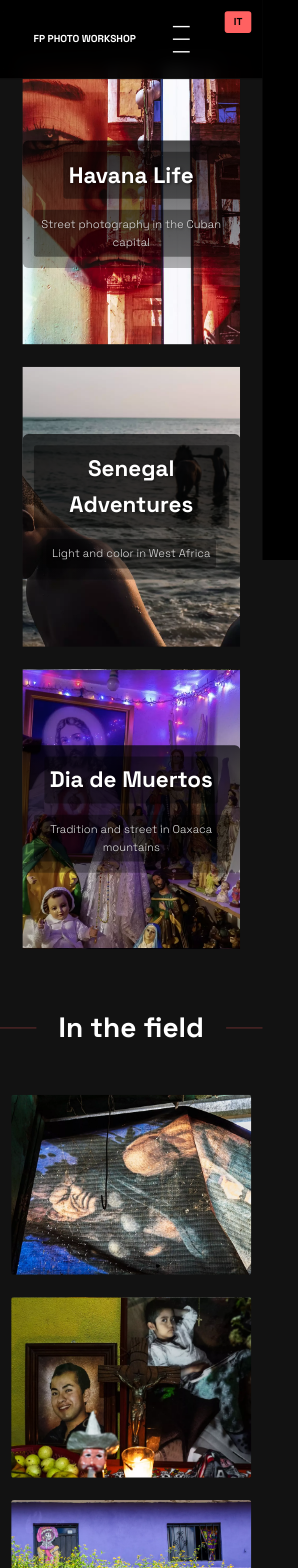
Repository: philipkdpavkia/photo-auto
Page: index.html
The author's editor kept a copy of each file at every save. The page is drawn from the files as they stood at one save, then again after the next save.
The browser window is 375 px wide. The page is 425 px wide, then 375 px, so the pictures cover 425 px, including what lies to the right of the window. The pictures show the part of the page from y = 0 to 2240 px (the page is 4001 px tall before and 4439 px after), at 70% of full size.

Above is the page before, as saved 2024-11-17 00:14:50.
Console error: SyntaxError: Identifier 'currentLang' has already been declared

### index.html
<!DOCTYPE html>
<html lang="en">
 <head>
  <meta charset="utf-8"/>
  <meta content="width=device-width, initial-scale=1.0" name="viewport"/>
  <!-- Primary Meta Tags -->
  <title>Photography Workshops in Cuba, Senegal &amp; Mexico | Street &amp; Travel Photography</title>
  <meta content="Photography Workshops in Cuba, Senegal &amp; Mexico | Street &amp; Travel Photography" name="title"/>
  <meta content="Join immersive photography workshops in Havana, Senegal &amp; Day of the Dead Mexico. Small groups, hands-on street photography, unique locations. Lead by Francesco Pavia." name="description"/>
  <meta content="photography workshop, street photography, cuba photography workshop, senegal photo tour, day of the dead photography, mexico workshop, travel photography, havana street photography, african photography, workshop in cuba" name="keywords"/>
  <!-- Language Alternates -->
  <link href="https://www.fpworkshop.photo" hreflang="en" rel="alternate"/>
  <link href="https://www.fpworkshop.photo/it" hreflang="it" rel="alternate"/>
  <link href="https://www.fpworkshop.photo" hreflang="x-default" rel="alternate"/>
  <!-- Styles -->
  <link href="https://cdnjs.cloudflare.com/ajax/libs/font-awesome/6.0.0/css/all.min.css" media="all" rel="stylesheet"/>
  <link href="/css/style.css" media="screen" rel="stylesheet"/>
  <link as="font" crossorigin="" href="/fonts/SpaceGrotesk-Bold.woff2" rel="preload"/>
  <link as="font" crossorigin="" href="/fonts/SpaceGrotesk-Light.woff2" rel="preload"/>
 </head>
 <body>
  <header class="header">
   <nav class="nav">
    <a class="logo" href="#">FP PHOTO WORKSHOP</a>
    <button aria-label="Menu" class="hamburger">
     <span></span>
     <span></span>
     <span></span>
    </button>
    <button class="lang-switch" id="langSwitch" onclick="switchLanguage()">IT</button>
    <div class="nav-links">
     <a href="#gallery">Gallery</a>
     <a href="/workshop/index.html">Workshops</a>
     <a href="#about">About</a>
     <a href="#contact">Contact</a>
     <a href="/faq.html">FAQ</a>
     <a class="instagram-link" href="https://instagram.com/fpphotoworkshop" rel="noopener" target="_blank">
      <i class="fab fa-instagram"></i>
     </a>
    </div>
   </nav>
  </header>

  <main>
   <!-- Hero Section -->
   <section class="hero">
    <a class="workshop-link" href="/workshop/cuba.html">
        <img alt="Street Photography in Havana - Documentary workshop in Cuba" src="/images/cuba/cub-3.webp"/>
        <div class="workshop-text">
         <h2>Life in Havana</h2>
         <p>Street photography in Cuba's capital</p>
        </div>
    </a>
    <a class="workshop-link" href="/workshop/senegal.html">
        <img alt="Photography Workshop in Senegal - Documentary and culture" src="/images/senegal/sen-5.webp"/>
        <div class="workshop-text">
         <h2>Senegal Adventures</h2>
         <p>Light and color in West Africa</p>
        </div>
    </a>
    <a class="workshop-link" href="/workshop/mexico.html">
        <img alt="Day of the Dead Photography Workshop - Mexican traditions" src="/images/mexico/mex-24.webp"/>
        <div class="workshop-text">
         <h2>Dia de Muertos</h2>
         <p>Tradition and street in Oaxaca mountains</p>
        </div>
    </a>
   </section>

   <!-- Gallery Section -->
   <section id="gallery" class="section-separator">
    <div class="separator">
     <span class="line"></span>
     <h2 class="section-title">Gallery</h2>
     <span class="line"></span>
    </div>
    <div class="gallery">
     <div class="gallery-item">
      <img alt="Gallery Image - blog-132.webp" src="/images/blog-132.webp"/>
     </div>
     <div class="gallery-item">
      <img alt="Gallery Image - blog-118.webp" src="/images/blog-118.webp"/>
     </div>
     <div class="gallery-item">
      <img alt="Gallery Image - blog-85.webp" src="/images/blog-85.webp"/>
     </div>
    </div>
   </section>

   <!-- About Section -->
   <section id="about" class="section-separator">
    <div class="separator">
     <span class="line"></span>
     <h2 class="section-title">No Theory, Just Practice</h2>
     <span class="line"></span>
    </div>
    <div class="about">
      <p>Forget endless theoretical lessons. Here we go out, we walk, we chase the light, we wait for the right moment. Photography is about practice, patience, and movement. No need to talk about it for hours: we need to do it.</p>
      <p>My workshops are designed for those who want to get their hands dirty with real photography. No frills, no complicated speeches. Just you, your camera, and unique locations where you can challenge yourself.</p>
      <p>I like working with small, motivated groups, with people willing to wake up at dawn, walk all day, return to the same spot multiple times until the shot is right. Photography is physical work, as well as mental.</p>
      <div class="philosophy">
       <h3>How We Work</h3>
       <ul>
        <li>Only field practice, from dawn to dusk</li>
        <li>Small groups for maximum attention</li>
        <li>Daily photo reviews</li>
        <li>Total immersion in location</li>
       </ul>
      </div>
    </div>
   </section>

   <!-- Contact Section -->
   <section id="contact" class="section-separator">
    <div class="separator">
     <span class="line"></span>
     <h2 class="section-title">Contact</h2>
     <span class="line"></span>
    </div>
    <div class="contact">
      <div class="contact-section">
       <h3>Workshops</h3>
       <p>For workshop information and bookings:</p>
       <a href="mailto:francescopaviaphotoworkshop@gmail.com">francescopaviaphotoworkshop@gmail.com</a>
      </div>
      <div class="contact-section">
       <h3>Photography Work</h3>
       <p>For projects and collaborations:</p>
       <a href="mailto:info@francescopavia.org">info@francescopavia.org</a>
      </div>
      <div class="contact-section">
       <h3>Phone</h3>
       <p>Call or WhatsApp:</p>
       <a href="tel:+393514010919">+39 351 401 0919</a>
      </div>
    </div>
   </section>
  </main>

  <!-- Structured Data -->
  <script type="application/ld+json">
   {
      "@context": "https://schema.org",
      "@type": "ProfessionalService",
      "name": "Street Photography Workshops by Francesco Pavia",
      "image": [
        "https://www.fpworkshop.photo/images/cuba/cub-20.webp",
        "https://www.fpworkshop.photo/images/senegal/sen-9.webp",
        "https://www.fpworkshop.photo/images/mexico/mex-8.webp"
      ],
      "description": "Immersive photography workshops focusing on street and documentary photography in Cuba, Senegal, and Mexico.",
      "@type": "Product",
      "offers": [
        {
          "@type": "Offer",
          "name": "Havana Street Life Workshop",
          "description": "Street photography workshop in Cuba's vibrant capital"
        },
        {
          "@type": "Offer",
          "name": "Senegal Photography Adventure",
          "description": "Documentary photography in West Africa"
        },
        {
          "@type": "Offer",
          "name": "Day of the Dead Mexico Workshop",
          "description": "Cultural photography in Oaxaca mountains"
        }
      ],
      "url": "https://www.fpworkshop.photo",
      "telephone": "+393514010919",
      "sameAs": [
        "https://instagram.com/fpphotoworkshop"
      ]
    }
  </script>

  <!-- Scripts -->
  <script src="/language.js"></script>
  <script defer src="/script.js"></script>
  <script src="/translations.json" type="application/json"></script>
  <script src="/language.js"></script>
 </body>
</html>

### css/style.css
@font-face {
    font-family: 'Space Grotesk';
    src: url('/fonts/SpaceGrotesk-Light.woff2') format('woff2');
    font-weight: 300;
    font-display: swap;
}

@font-face {
    font-family: 'Space Grotesk';
    src: url('/fonts/SpaceGrotesk-Bold.woff2') format('woff2');
    font-weight: 700;
    font-display: swap;
}

:root {
    --primary: #FFFFFF;
    --background: #121212;
    --accent: #FF6161;
    --secondary: #E0E0E0;
    --highlight: #FFD700;
    --transition: all 0.4s ease;
    --overlay-bg: rgba(0, 0, 0, 0.4);
    --hover-bg: rgba(0, 0, 0, 0.6);
}

html {
    scroll-behavior: smooth;
}

* {
    margin: 0;
    padding: 0;
    box-sizing: border-box;
}

body {
    background: var(--background);
    color: var(--primary);
    font-family: 'Space Grotesk', sans-serif;
    line-height: 1.6;
    overflow-x: hidden;
}

/* Header e navigazione */
.header {
    position: fixed;
    top: 0;
    left: 0;
    right: 0;
    padding: 1rem 2rem;
    background: rgba(0, 0, 0, 0.95);
    backdrop-filter: blur(10px);
    -webkit-backdrop-filter: blur(10px);
    z-index: 1000;
    border-bottom: 1px solid rgba(255, 255, 255, 0.1);
}

.nav {
    display: flex;
    justify-content: space-between;
    align-items: center;
    max-width: 1400px;
    margin: 0 auto;
}

.logo {
    font-weight: 700;
    font-size: 1.2rem;
    color: var(--primary);
    text-decoration: none;
    transition: var(--transition);
}

.logo:hover {
    color: var(--accent);
}

.nav-links {
    display: flex;
    gap: 2.5rem;
}

.nav-links a {
    color: var(--primary);
    text-decoration: none;
    font-size: 1rem;
    text-transform: uppercase;
    transition: var(--transition);
    padding: 0.5rem 1rem;
    border-radius: 4px;
}

.nav-links a:hover {
    color: var(--accent);
    background: rgba(255, 51, 102, 0.1);
    transform: scale(1.05);
    transition: transform 0.3s ease-in-out;
}
/* Hamburger Menu */
.hamburger {
    display: none;
    cursor: pointer;
    padding: 0.5rem;
    background: none;
    border: none;
    z-index: 1002;
}

.hamburger span {
    display: block;
    width: 25px;
    height: 2px;
    background-color: var(--primary);
    margin: 5px 0;
    transition: var(--transition);
}

/* Modifica la media query mobile esistente */
@media screen and (max-width: 720px) {
    .hamburger {
        display: block;
    }

    .nav-links {
        position: fixed;
        top: 0;
        right: -100%;
        height: 100vh;
        width: 100%;
        background: rgba(0, 0, 0, 0.95);
        backdrop-filter: blur(10px);
        -webkit-backdrop-filter: blur(10px);
        flex-direction: column;
        justify-content: center;
        align-items: center;
        gap: 2rem;
        transition: var(--transition);
        z-index: 1001;
    }

    .nav-links.active {
        right: 0;
    }

    .hamburger.active span:nth-child(1) {
        transform: rotate(45deg) translate(5px, 5px);
    }

    .hamburger.active span:nth-child(2) {
        opacity: 0;
    }

    .hamburger.active span:nth-child(3) {
        transform: rotate(-45deg) translate(7px, -6px);
    }

    body.menu-open {
        overflow: hidden;
    }
}

.instagram-link {
    color: var(--primary);
    font-size: 1.5rem;
    transition: var(--transition);
}

.instagram-link:hover {
    color: var(--accent);
    transform: scale(1.1);
}

/* Language Switcher */
.lang-switch {
    position: fixed;
    top: 1rem;
    right: 1rem;
    background: var(--accent);
    color: var(--primary);
    border: none;
    padding: 0.5rem 1rem;
    border-radius: 4px;
    cursor: pointer;
    font-family: 'Space Grotesk', sans-serif;
    font-weight: 700;
    z-index: 1001;
    transition: var(--transition);
    color:#000000;
}

.lang-switch:hover {
    transform: translateY(-2px);
    box-shadow: 0 2px 8px rgba(255, 51, 102, 0.4);
    background: #ff1f57;
}

/* Hero Section */
.hero {
    margin-top: 60px;
    display: flex;
    flex-direction: column;
    gap: 2rem;
    padding: 2rem;
}

.workshop-link {
    display: block;
    position: relative;
    width: 100%;
    height: 80vh;
    overflow: hidden;
    transition: var(--transition);
}

.workshop-link:hover img {
    transform: scale(1.05);
}

.workshop-link img {
    width: 100%;
    height: 100%;
    object-fit: cover;
    transition: transform 0.6s ease-in-out;
}

.workshop-text {
    position: absolute;
    top: 50%;
    left: 50%;
    transform: translate(-50%, -50%);
    text-align: center;
    z-index: 2;
    width: 100%;
    padding: 1rem;
    display: flex;
    flex-direction: column;
    gap: 1rem;
    align-items: center;
    background: linear-gradient(180deg, rgba(0, 0, 0, 0.7), rgba(0, 0, 0, 0.3));
    border-radius: 8px;
}

.workshop-text h2 {
    font-size: 4rem;
    color: var(--primary);
    font-weight: 700;
    background: var(--overlay-bg);
    text-shadow: 2px 2px 4px rgba(0, 0, 0, 0.5);
    padding: 0.5rem;
    border-radius: 4px;
    width: fit-content;
    transition: var(--transition);
}

.workshop-link:hover .workshop-text h2 {
    background: var(--hover-bg);
    transform: translateY(-5px);
}

.workshop-text p {
    font-size: 1.5rem;
    color: var(--secondary);
    text-shadow: 1px 1px 3px rgba(0, 0, 0, 0.5);
    background: var(--overlay-bg);
    padding: 0.5rem;
    border-radius: 4px;
    width: fit-content;
    transition: var(--transition);
}

.workshop-link:hover .workshop-text p {
    background: var(--hover-bg);
    transform: translateY(5px);
}

/* Section Titles */
.section-separator {
    padding-top: 8rem; /* Spazio per l'ancoraggio sotto l'header fisso */
    margin-top: 2rem;
}

.separator {
    display: flex;
    align-items: center;
    justify-content: center;
    gap: 2rem;
    margin-bottom: 4rem;
}

.separator .line {
    height: 1px;
    width: 100px;
    background: var(--accent);
    opacity: 0.5;
}

.separator .section-title {
    margin: 0;
    padding: 0;
    white-space: nowrap;
}
#gallery {
    padding-top: 8rem;
}

/* Offset per l'ancoraggio smooth */
html {
    scroll-padding-top: 100px; /* Aggiusta questo valore in base all'altezza del tuo header */
}

/* Gallery */
.gallery {
    display: grid;
    grid-template-columns: repeat(auto-fit, minmax(300px, 1fr));
    gap: 2rem;
    padding: 0 1rem;
}

.gallery-item {
    aspect-ratio: 4/3;
    overflow: hidden;
    border-radius: 4px;
    transition: var(--transition);
}

.gallery-item:hover {
    transform: translateY(-5px);
    box-shadow: 0 5px 15px rgba(0, 0, 0, 0.3);
}

.gallery-item img {
    width: 100%;
    height: 100%;
    object-fit: cover;
    transition: transform 0.6s ease-in-out;
}

.gallery-item:hover img {
    transform: scale(1.1);
}

/* About Section */
.about {
    padding: 8rem 4rem 2rem;
    max-width: 1200px;
    margin: 0 auto;
}

.about h2 {
    font-size: 2rem;
    font-weight: normal;
    margin-bottom: 2rem;
    text-transform: uppercase;
    color: var(--accent);
}

.about p {
    font-size: 1rem;
    max-width: 800px;
    margin-bottom: 1rem;
    line-height: 1.8;
}

/* Philosophy Section */
.philosophy {
    margin-top: 3rem;
    padding: 2rem;
    background: rgba(255, 255, 255, 0.05);
    border-radius: 8px;
}

.philosophy h3 {
    font-size: 1.5rem;
    font-weight: normal;
    margin-bottom: 1rem;
    text-transform: uppercase;
    color: var(--accent);
}

.philosophy ul {
    list-style: none;
}

.philosophy li {
    font-size: 1rem;
    margin-bottom: 0.5rem;
    padding-left: 1.5rem;
    position: relative;
}

.philosophy li::before {
    content: "•";
    color: var(--accent);
    position: absolute;
    left: 0;
    font-size: 1.2em;
}

/* Contact Section */
.contact {
    padding: 8rem 4rem 2rem;
    max-width: 1200px;
    margin: 0 auto;
}

.contact h2 {
    font-size: 2rem;
    font-weight: normal;
    margin-bottom: 2rem;
    text-transform: uppercase;
    color: var(--accent);
}

.contact-section {
    margin-bottom: 2rem;
    padding: 2rem;
    background: rgba(255, 255, 255, 0.05);
    border-radius: 8px;
    transition: var(--transition);
}

.contact-section:hover {
    background: rgba(255, 255, 255, 0.08);
    transform: translateY(-2px);
}

.contact-section h3 {
    font-size: 1.5rem;
    font-weight: normal;
    margin-bottom: 1rem;
    text-transform: uppercase;
}

.contact-section p {
    margin-bottom: 0.5rem;
}

.contact-section a {
    color: var(--accent);
    text-decoration: none;
    transition: var(--transition);
    display: inline-block;
}

.contact-section a:hover {
    text-decoration: none;
    transform: scale(1.05);
    transition: transform 0.3s ease-in-out;
}
/* Workshop Button */
.workshop-button {
    display: inline-block;
    width: 100%;
    padding: 0.5rem 1rem;
    background: var(--accent);
    color: var(--primary);
    border: none;
    border-radius: 4px;
    cursor: pointer;
    font-family: 'Space Grotesk', sans-serif;
    font-weight: 700;
    text-align: center;
    text-decoration: none;
    transition: var(--transition);
    color: #000000;
}

.workshop-button:hover {
    transform: translateY(-2px);
    box-shadow: 0 2px 8px rgba(255, 51, 102, 0.4);
    background: #ff1f57;
}

/* Media Queries */
/* Breakpoint per tablet e schermi medi (tra 721px e 1024px) */
@media screen and (min-width: 721px) and (max-width: 1024px) {
    .nav-links {
        gap: 1.5rem; /* Ridotto lo spazio tra i link */
    }

    .instagram-link {
        margin-right: 4rem; /* Spazio a destra per il language switcher */
    }

    .lang-switch {
        right: 1rem;
        top: 1rem;
    }

    .nav {
        padding-right: 5rem; /* Spazio extra a destra per evitare sovrapposizioni */
    }
}
/* Media Queries */
@media screen and (min-width: 721px) and (max-width: 1024px) {
    .nav-links {
        gap: 1.5rem;
    }

    .instagram-link {
        margin-right: 4rem;
    }

    .nav {
        padding-right: 5rem;
    }

}

@media screen and (max-width: 720px) {
    /* Layout di navigazione */
    .nav {
        display: flex;
        align-items: center;
        justify-content: space-between;
        padding: 0.5rem 1rem;
    }

    .logo {
        font-size: 0.9rem;
        z-index: 1002;
    }

    /* Hamburger Menu */
    .hamburger {
        display: flex;
        flex-direction: column;
        gap: 6px;
        background: none;
        border: none;
        padding: 0.5rem;
        cursor: pointer;
        margin-left: auto;
        margin-right: 3rem;
        z-index: 1002;
    }

    .hamburger span {
        display: block;
        width: 24px;
        height: 2px;
        background: var(--primary);
        transition: var(--transition);
    }

    .hamburger.active span:first-child {
        transform: translateY(8px) rotate(45deg);
    }

    .hamburger.active span:nth-child(2) {
        opacity: 0;
    }

    .hamburger.active span:last-child {
        transform: translateY(-8px) rotate(-45deg);
    }

    /* Menu Mobile */
    .nav-links {
        position: fixed;
        top: 0;
        right: -100%;
        height: 100vh;
        width: 100%;
        background: rgba(0, 0, 0, 0.95);
        backdrop-filter: blur(10px);
        -webkit-backdrop-filter: blur(10px);
        display: flex;
        flex-direction: column;
        justify-content: center;
        align-items: center;
        gap: 2rem;
        transition: var(--transition);
        z-index: 1001;
    }

    .nav-links.active {
        right: 0;
    }

    .nav-links a {
        font-size: 1.2rem;
        padding: 1rem 2rem;
    }

    /* Language Switcher Mobile */
    .lang-switch {
        position: fixed;
        top: 1rem;
        right: 1rem;
        padding: 0.4rem 0.8rem;
        font-size: 0.9rem;
        z-index: 1002;
    }

    /* Contenuto principale Mobile */
    .section-title {
        font-size: 2.5rem;
    }

    .gallery {
        grid-template-columns: 1fr;
    }

    .workshop-link {
        height: 50vh;
    }

    .workshop-text h2 {
        font-size: 2rem;
    }

    .workshop-text p {
        font-size: 1rem;
    }

    .about h2,
    .contact h2 {
        font-size: 1.5rem;
    }

    .about p {
        font-size: 0.9rem;
    }

    .philosophy h3,
    .contact-section h3 {
        font-size: 1.2rem;
    }

    .about,
    .contact {
        padding: 2rem 1rem;
    }

    .philosophy,
    .contact-section {
        padding: 1rem;
    }

    body.menu-open {
        overflow: hidden;
    }
    .page-intro {
        margin-top: 60px;
        padding: 2rem 1rem;
    }

    .page-intro h1 {
        font-size: 2rem;
        margin-bottom: 1rem;
    }

    .page-intro p {
        font-size: 0.9rem;
    }
}

/* Extra Small Devices */
@media screen and (max-width: 360px) {
    .logo {
        font-size: 0.8rem;
    }

    .nav-links {
        gap: 1rem;
    }

    .nav-links a {
        font-size: 0.7rem;
        padding: 0.2rem 0.4rem;
    }
}
    /* Registration Page Styles */
    .registration-page {
        background: var(--background);
        min-height: 100vh;
    }

    .registration-page .form-container {
        max-width: 800px;
        margin: 0 auto;
        padding: 120px 2rem 4rem;
    }

    .registration-page .workshop-header {
        margin-bottom: 4rem;
        padding: 2rem;
        background: rgba(255, 255, 255, 0.05);
        border-radius: 8px;
        backdrop-filter: blur(10px);
    }

    .registration-page .workshop-title {
        font-size: 2.5rem;
        color: var(--accent);
        margin-bottom: 1rem;
        font-weight: 300;
    }

    .registration-page .workshop-details {
        color: var(--primary);
        font-size: 1.1rem;
        opacity: 0.8;
    }

    .registration-page .registration-form {
        display: grid;
        gap: 2rem;
    }

    .registration-page .form-group {
        display: flex;
        flex-direction: column;
        gap: 0.5rem;
    }

    .registration-page label {
        font-size: 0.9rem;
        text-transform: uppercase;
        color: var(--accent);
        font-weight: 700;
    }

    .registration-page input,
    .registration-page textarea,
    .registration-page select {
        padding: 1rem;
        background: rgba(255, 255, 255, 0.05);
        border: 1px solid rgba(255, 255, 255, 0.1);
        border-radius: 4px;
        color: var(--primary);
        font-family: 'Space Grotesk', sans-serif;
        font-size: 1rem;
        transition: var(--transition);
    }

    .registration-page input:focus,
    .registration-page textarea:focus,
    .registration-page select:focus {
        outline: none;
        border-color: var(--accent);
        background: rgba(255, 255, 255, 0.08);
    }

    .registration-page textarea {
        min-height: 150px;
        resize: vertical;
    }

    .registration-page .submit-button {
        justify-self: start;
        padding: 1rem 2rem;
        background: var(--accent);
        color: #000;
        border: none;
        border-radius: 4px;
        font-size: 1rem;
        font-weight: 700;
        cursor: pointer;
        transition: var(--transition);
    }

    .registration-page .submit-button:hover {
        transform: translateY(-2px);
        box-shadow: 0 2px 8px rgba(255, 51, 102, 0.4);
        background: #ff1f57;
    }

    @media (max-width: 768px) {
        .registration-page .form-container {
            padding: 100px 1rem 2rem;
        }

        .registration-page .workshop-title {
            font-size: 2rem;
        }

        .registration-page .workshop-details {
            font-size: 1rem;
        }
    }

    .faq-section {
        padding: 4rem 2rem 2rem 2rem;
        background: var(--background);
        color: var(--primary);
    }

    .faq-item {
        margin-bottom: 2rem;
        max-width: 800px;
        margin-left: auto;
        margin-right: auto;
    }

    .faq-item .title {
        font-size: 1.5rem;
        font-weight: 700;
        margin-bottom: 0.5rem;
        color: var(--accent);
    }

    .faq-item .content {
        font-size: 1rem;
        line-height: 1.6;
        color: var(--secondary);
    }

    /* Section spacing */
    .section-separator {
        padding-top: 80px;
        margin-top: -80px;
    }

### script.js
document.addEventListener('DOMContentLoaded', () => {
    const hamburger = document.querySelector('.hamburger');
    const navLinks = document.querySelector('.nav-links');
    const body = document.body;

    hamburger.addEventListener('click', () => {
        hamburger.classList.toggle('active');
        navLinks.classList.toggle('active');
        body.classList.toggle('menu-open');
    });

    // Chiudi il menu quando si clicca su un link
    document.querySelectorAll('.nav-links a').forEach(link => {
        link.addEventListener('click', () => {
            hamburger.classList.remove('active');
            navLinks.classList.remove('active');
            body.classList.remove('menu-open');
        });
    });
});

Loaded but not shown: translations.json (167 lines, source omitted); language.js (165 lines, source omitted)

After the next save:
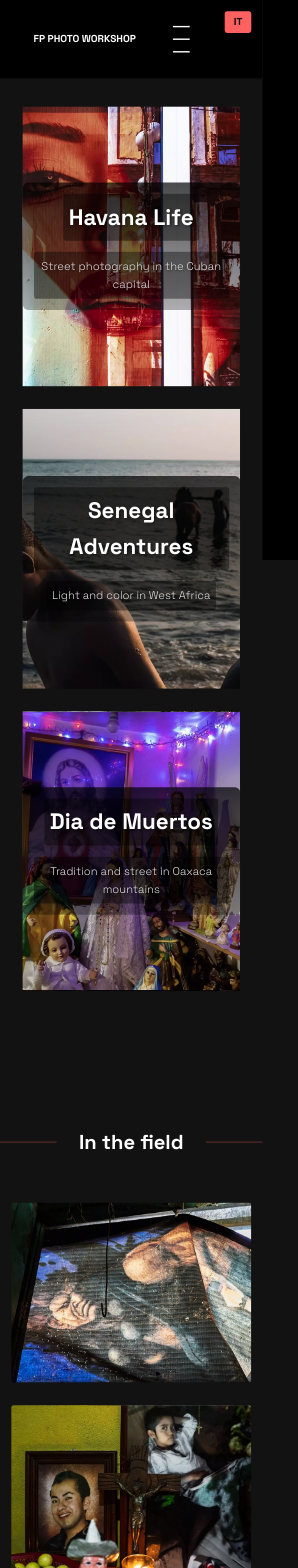
Saved 2 min 7 s later.
--- a/css/style.css
+++ b/css/style.css
@@ -781,34 +781,85 @@ html {
         }
     }
 
-    .faq-section {
-        padding: 4rem 2rem 2rem 2rem;
-        background: var(--background);
-        color: var(--primary);
-    }
-
-    .faq-item {
+    /* FAQ Section Base */
+.faq-section {
+    padding: 2rem;
+    background: var(--background);
+    color: var(--primary);
+    width: 100%;
+}
+
+/* FAQ Title */
+.section-title {
+    font-size: 2.5rem;
+    margin-bottom: 3rem;
+    padding-top: 2rem;
+}
+
+/* FAQ Items Container */
+.faq-container {
+    max-width: 900px;
+    margin: 0 auto;
+    padding: 0 1rem;
+}
+
+/* FAQ Items */
+.faq-item {
+    margin-bottom: 3rem;
+    padding: 0 1rem;
+}
+
+.faq-item .title {
+    font-size: 1.5rem;
+    font-weight: 700;
+    margin-bottom: 1rem;
+    color: var(--accent);
+    line-height: 1.3;
+}
+
+.faq-item .content {
+    font-size: 1.1rem;
+    line-height: 1.6;
+    color: var(--secondary);
+}
+
+/* Responsive adjustments */
+@media (max-width: 768px) {
+    .section-title {
+        font-size: 2rem;
+        padding-top: 1rem;
         margin-bottom: 2rem;
-        max-width: 800px;
-        margin-left: auto;
-        margin-right: auto;
     }
 
     .faq-item .title {
-        font-size: 1.5rem;
-        font-weight: 700;
-        margin-bottom: 0.5rem;
-        color: var(--accent);
+        font-size: 1.3rem;
     }
 
     .faq-item .content {
         font-size: 1rem;
-        line-height: 1.6;
-        color: var(--secondary);
-    }
-
-    /* Section spacing */
-    .section-separator {
-        padding-top: 80px;
-        margin-top: -80px;
-    }
+    }
+
+    .faq-section {
+        padding: 1rem;
+    }
+
+    .faq-container {
+        padding: 0 0.5rem;
+    }
+
+    main {
+        padding-top: 60px;
+    }
+}
+
+/* Extra small devices */
+@media (max-width: 480px) {
+    .section-title {
+        font-size: 1.8rem;
+    }
+
+    .faq-item {
+        padding: 0 0.5rem;
+        margin-bottom: 2rem;
+    }
+}
